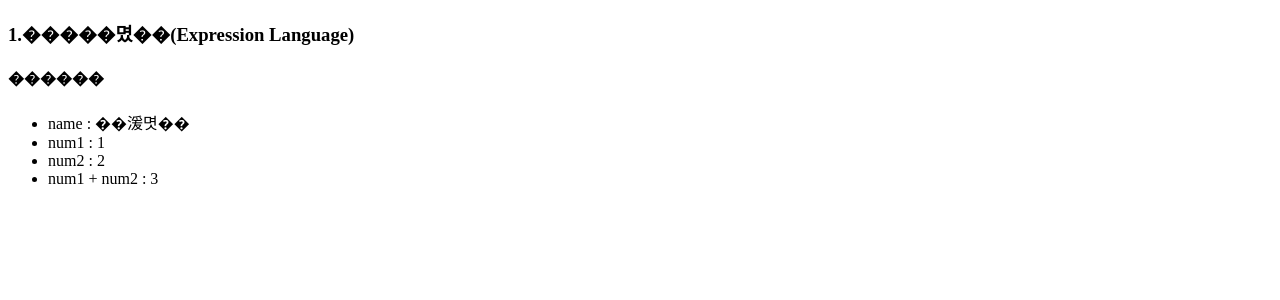
Repository: donghobu/JSP
Page: http://localhost/Ch11/11-1.jsp
The author's editor kept a copy of each file at every save. The page is drawn from the files as they stood at one save, then again after the next save.
The browser window is 1280 px wide. The pictures show the whole page.
The page is served by Tomcat 9.

Above is the page before, as saved 2020-07-13 01:13:24.

### Ch11/WebContent/11-1.jsp
<%@ page language="java" contentType="text/html; charset=UTF-8"
    pageEncoding="EUC-KR"%>
<!DOCTYPE html>
<html>
<head>
<meta charset="EUC-KR">
<title>Insert title here</title>
</head>
<body>
	<h3>1.표현언어(Expression Language)</h3>
	<%
		String name = "홍길동";
		int num1 = 1;
		int num2 = 2;
	%>
	<h4>표현식</h4>
	<ul>
		<li>name : <%= name %></li>
		<li>num1 : <%= num1 %></li>
		<li>num2 : <%= num2 %></li>
		<li>num1 + num2 : <%= num1 + num2 %></li>
	</ul>

</body>
</html>

After the next save:
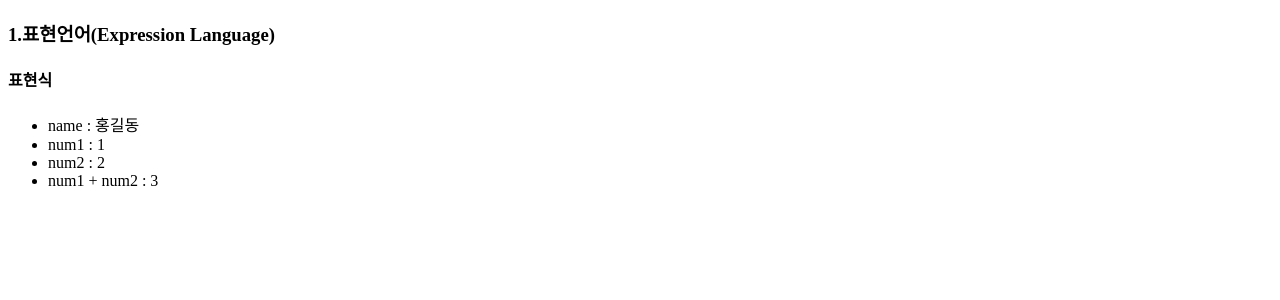
Saved 15 s later.
--- a/Ch11/WebContent/11-1.jsp
+++ b/Ch11/WebContent/11-1.jsp
@@ -1,5 +1,5 @@
 <%@ page language="java" contentType="text/html; charset=UTF-8"
-    pageEncoding="EUC-KR"%>
+    pageEncoding="UTF-8"%>
 <!DOCTYPE html>
 <html>
 <head>
